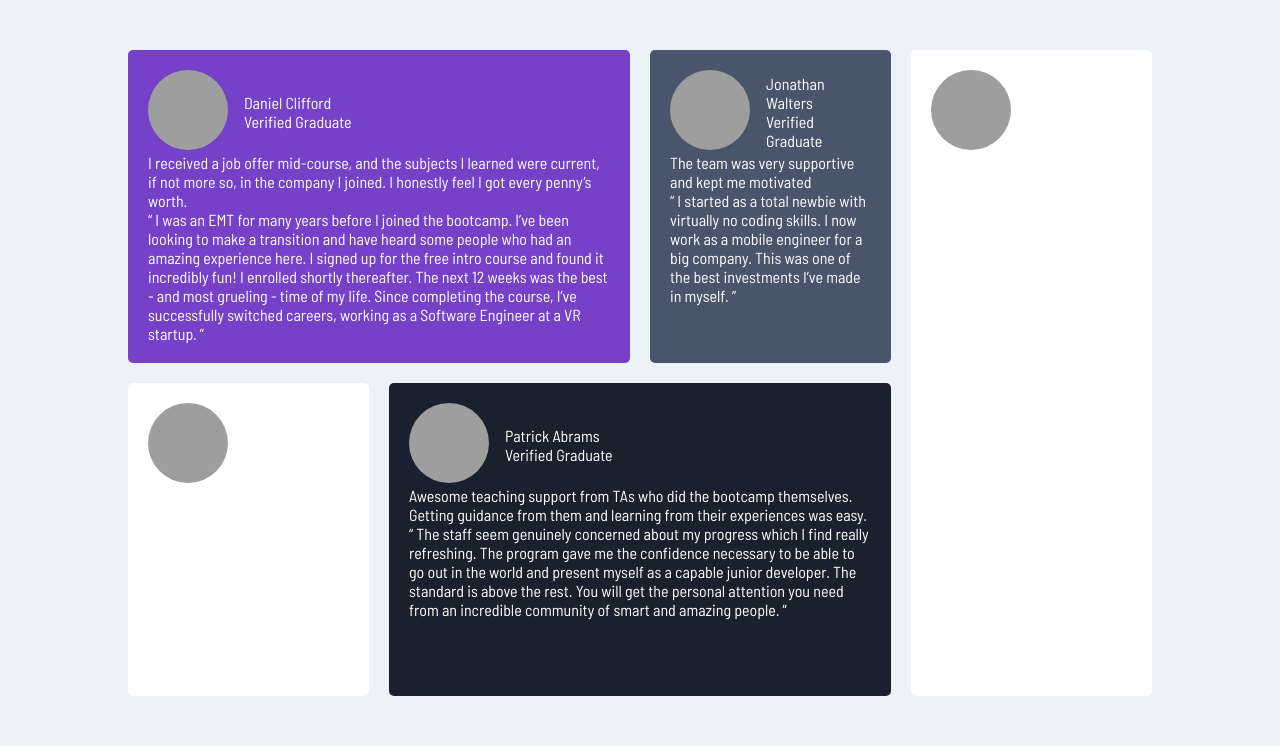
Repository: nptg3105/lab02-testimonials-grid
Page: index.html
The author's editor kept a copy of each file at every save. The page is drawn from the files as they stood at one save, then again after the next save.
The browser window is 1280 px wide. The pictures show the whole page.
Pictures or frames that could not be fetched are drawn as grey boxes. The style sheet was rebuilt from its Sass, Less or Tailwind sources for each picture, by a compiler version that may differ from the author's.

Above is the page before, as saved 2021-12-08 05:53:47.

After the next save:
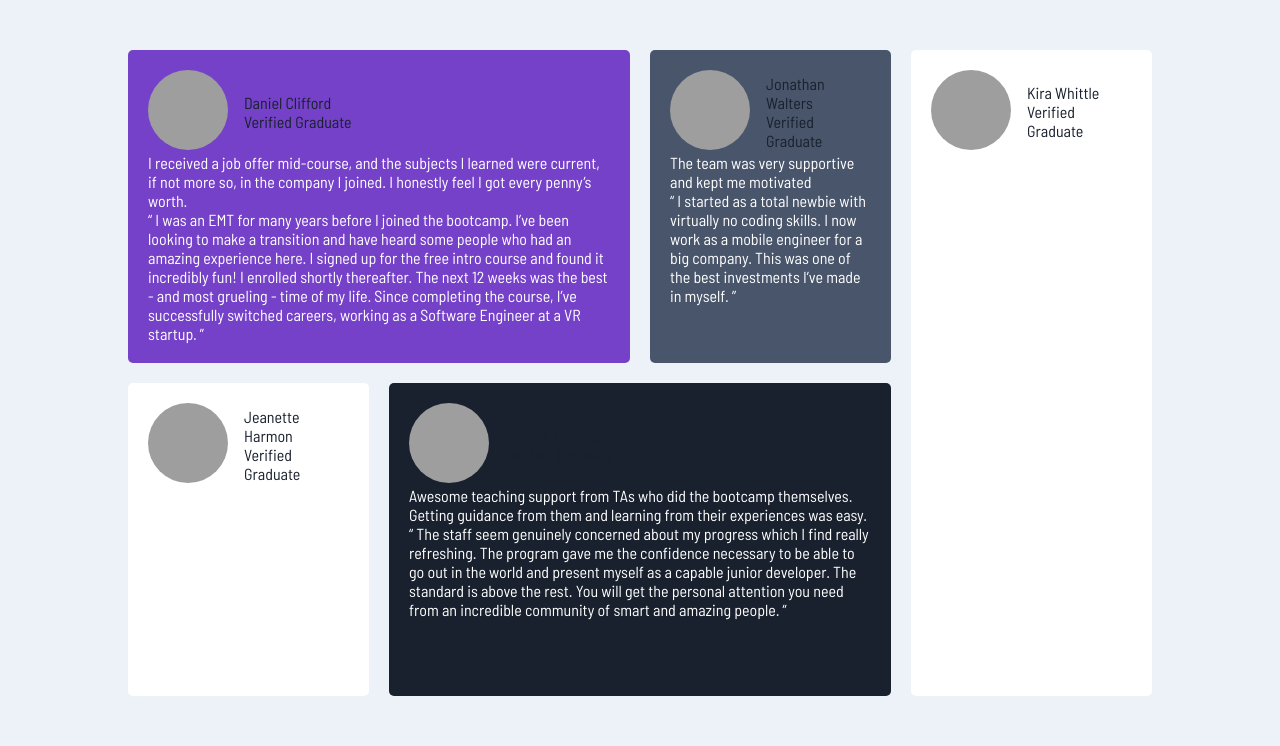
Saved 15 s later.
--- a/style.scss
+++ b/style.scss
@@ -69,6 +69,10 @@ body {
     display: flex;
     align-items: center;
 
+    &__name {
+        color: $black-color;
+    }
+
     &__avatar {
         margin-right: 16px;
 
